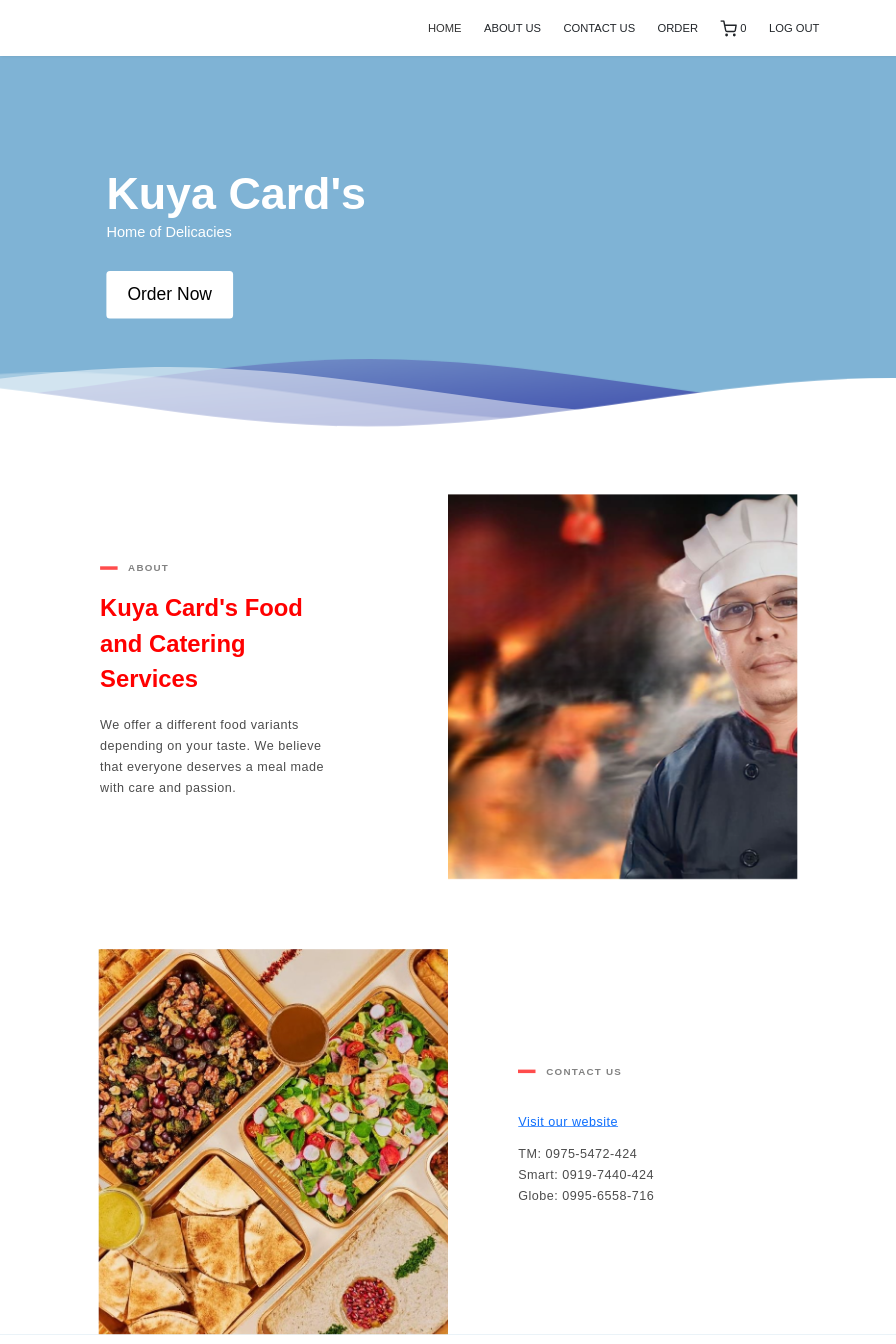
Repository: banbanny/kuyacards_catering
Page: http://localhost/login_signup.php
The author's editor kept a copy of each file at every save. The page is drawn from the files as they stood at one save, then again after the next save.
The browser window is 1280 px wide. The pictures show the part of the page from y = 0 to 1920 px (the page is 2864 px tall), at 70% of full size.
The page is run by PHP 8.4 with error messages shown; the project is at /var/www/html/.

Above is the page before, as saved 2024-11-26 21:19:13.
Console error: SyntaxError: missing ) after argument list

After the next save:
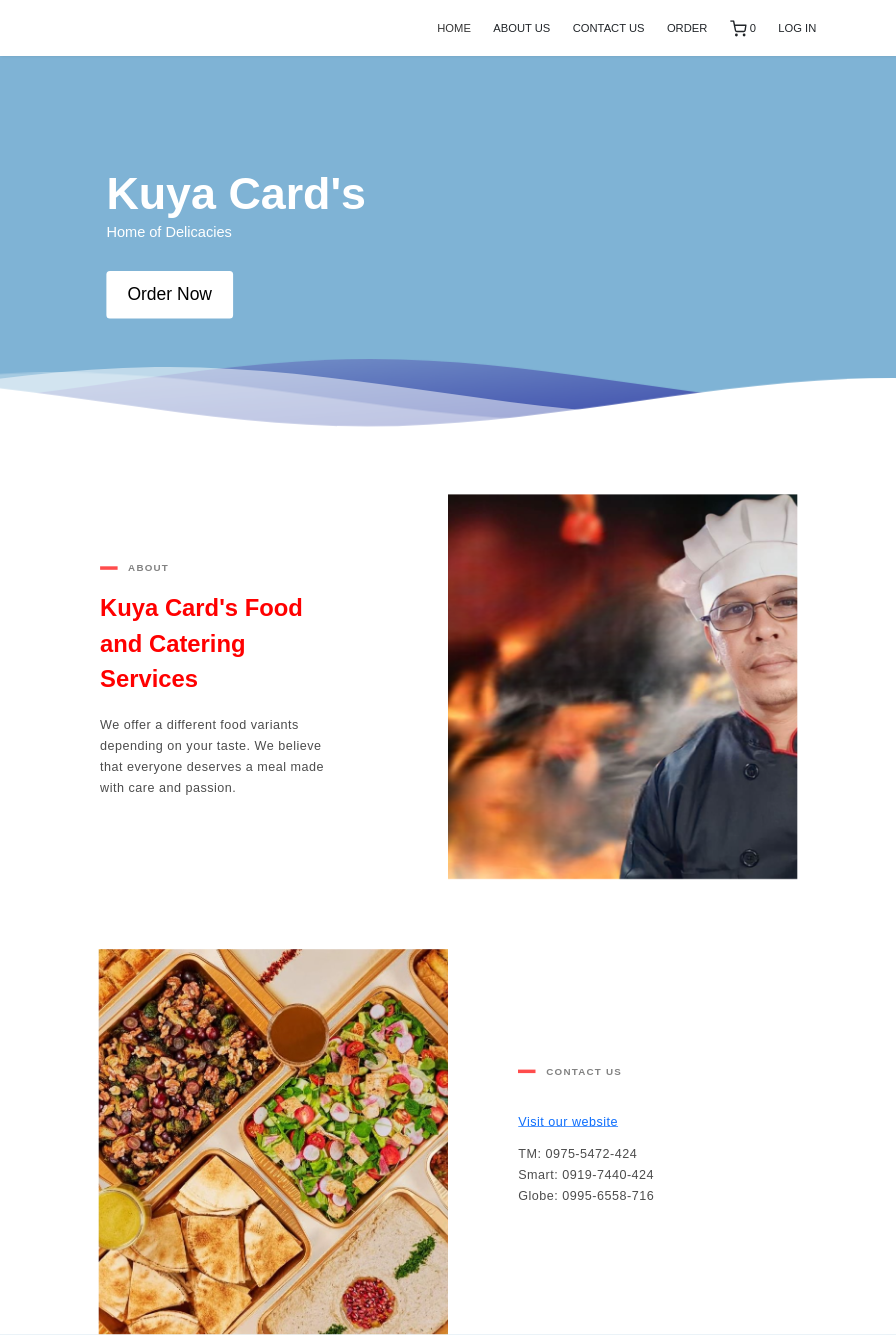
Saved 2 min 25 s later.
--- a/login_signup.php
+++ b/login_signup.php
@@ -4,7 +4,7 @@ require_once('php/catering_db.php');
 // Check if the user is logged in
 if (isset($_SESSION['user_id'])) {
     // Redirect to homepage or dashboard if already logged in
-    header("Location: login_signup.php");
+    header("Location: index.php");
     exit();
 }
 ?>
@@ -52,7 +52,13 @@ if (isset($_SESSION['user_id'])) {
                 <span id="cart-count">0</span> <!-- Cart count span -->
             </a>
         </li>
+        <?php if (isset($_SESSION['user_id'])): ?>
+            <!-- Show LOG OUT button if user is logged in -->
             <li><a href="logout.php" class="nav-link">LOG OUT</a></li>
+        <?php else: ?>
+            <!-- Show LOG IN button if user is not logged in -->
+            <li><a href="login_signup.php" class="nav-link">LOG IN</a></li>
+        <?php endif; ?>
     </ul>
 </nav>
 
